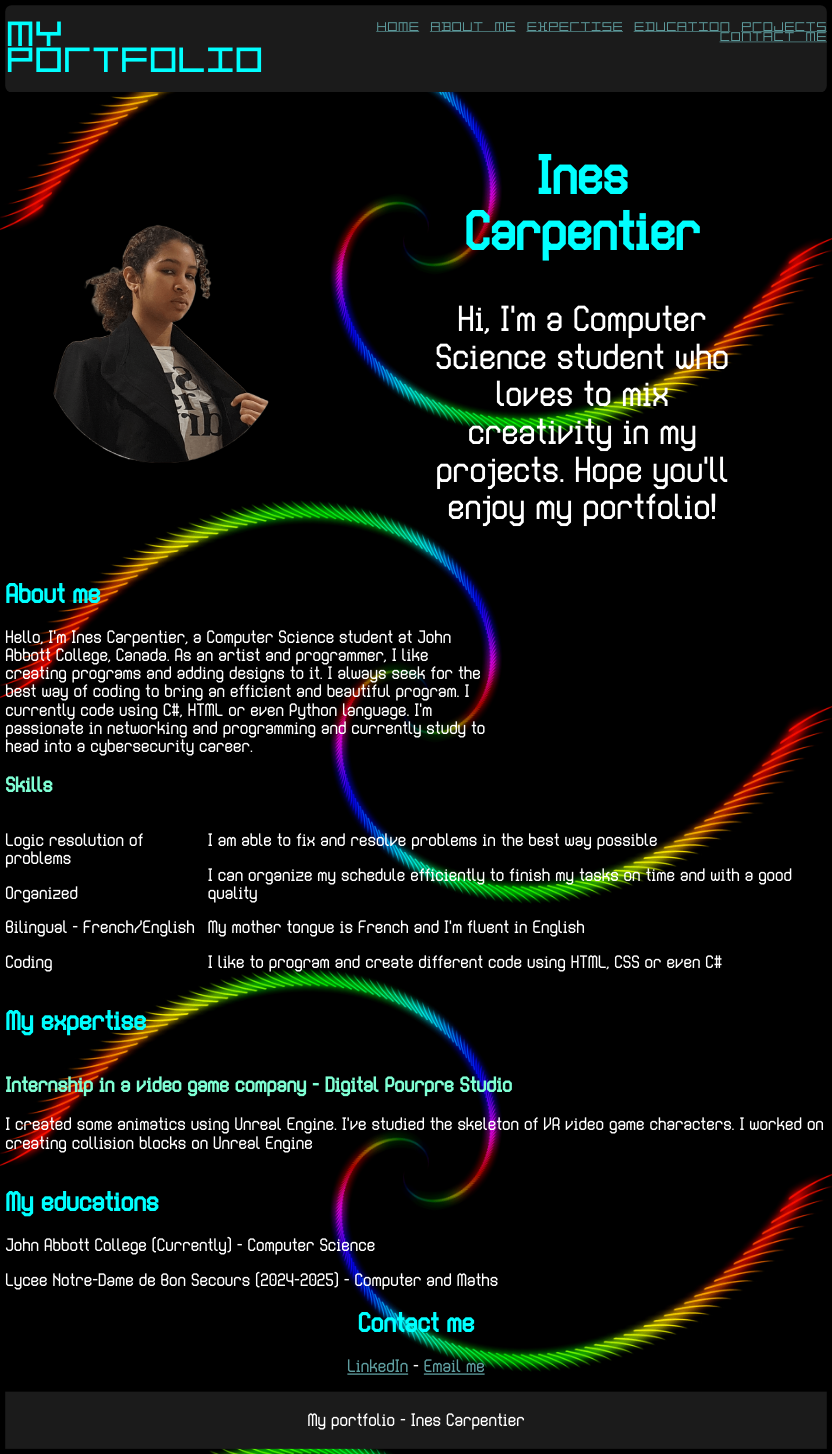
Repository: InsCarp/InsCarp
Page: index.html
These files come from the project's save history. The page is drawn as it stood at one moment and after the next save; the edit follows.
The browser window is 1280 px wide. The pictures show the whole page, at 65% of full size.
Backgrounds fixed to the window are drawn as part of the page.

Above is the page before, as saved 2026-05-12 09:53:53.

After the next save:
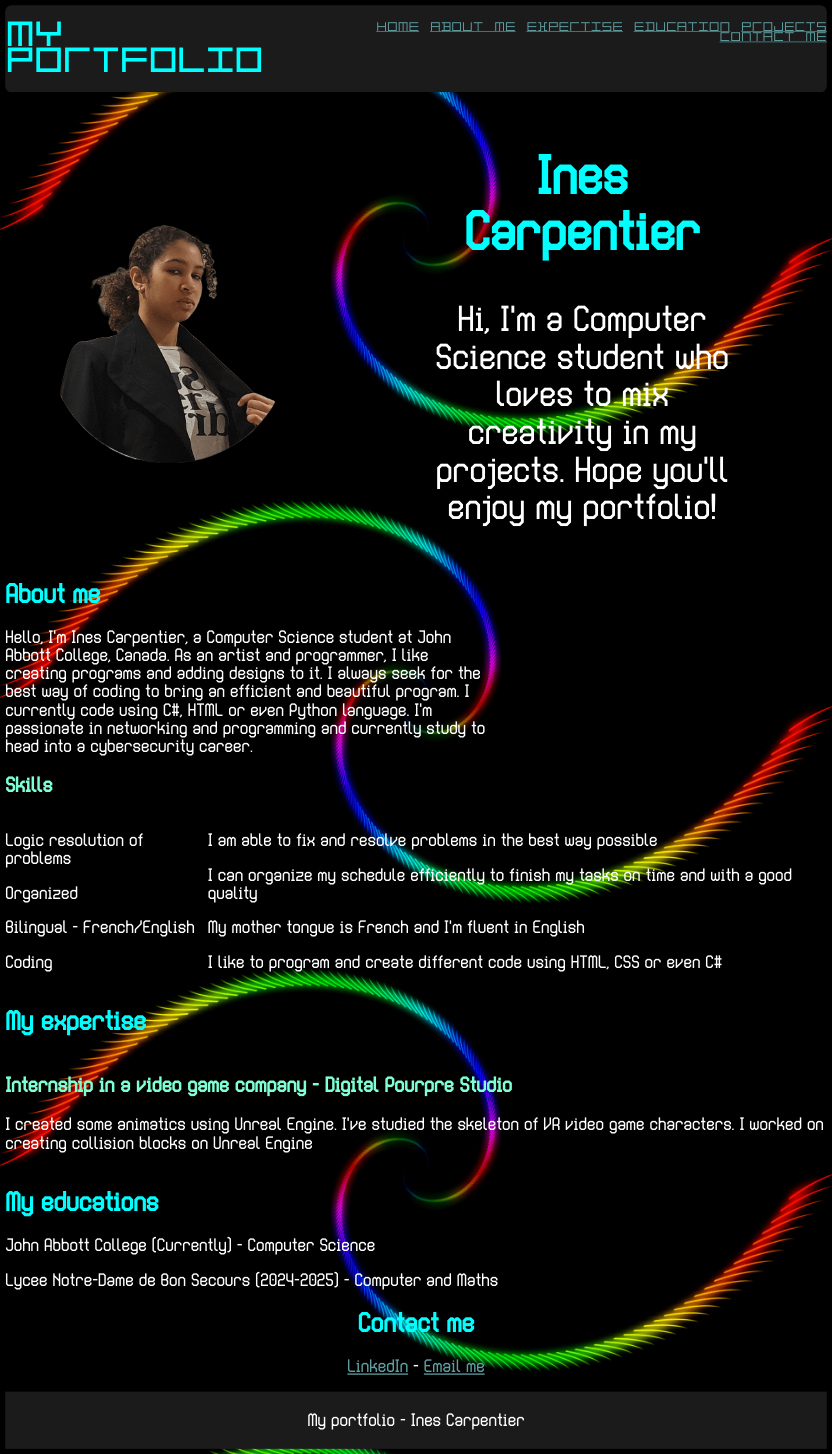
Saved 45 s later.
--- a/styles/index.css
+++ b/styles/index.css
@@ -44,6 +44,9 @@
     margin-right: 10%;
 }
 
+#Me{
+    padding:0.3rem;
+}
 
 
 .about{

After the save that followed:
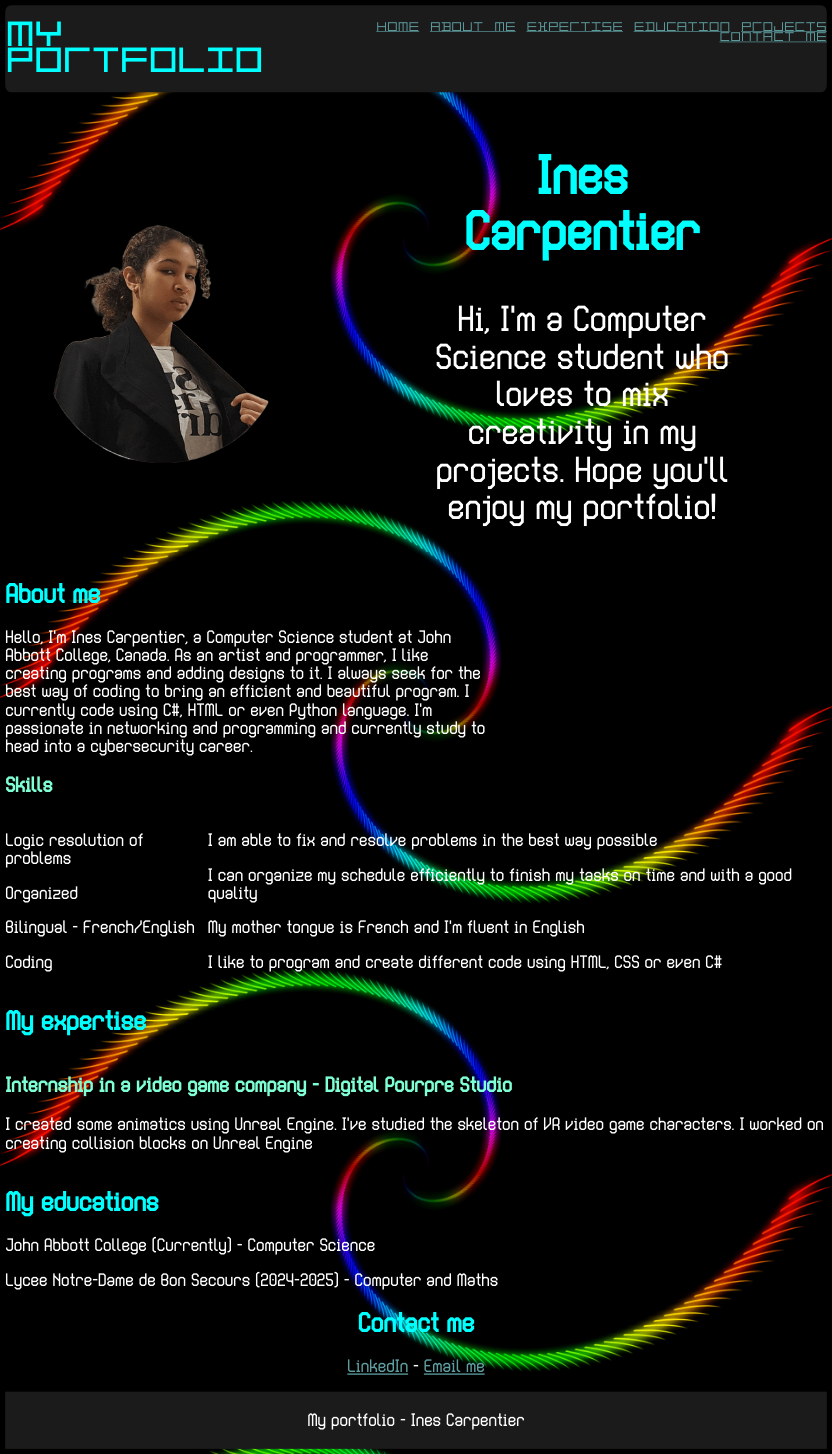
Saved 7 s later.
--- a/styles/index.css
+++ b/styles/index.css
@@ -44,9 +44,7 @@
     margin-right: 10%;
 }
 
-#Me{
-    padding:0.3rem;
-}
+
 
 
 .about{
